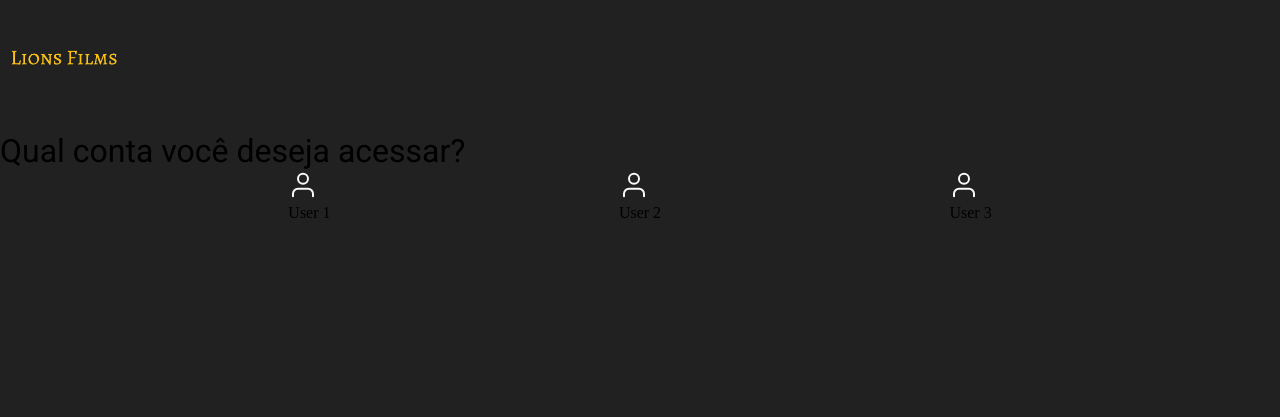
Repository: Leonngc/streaming-project
Page: index.html
These files come from the project's save history. The page is drawn as it stood at one moment and after the next save; the edit follows.
The browser window is 1280 px wide. The pictures show the whole page.
The style sheet was rebuilt from its Sass, Less or Tailwind sources for each picture, by a compiler version that may differ from the author's.

Above is the page before, as saved 2023-09-02 12:39:33.

After the next save:
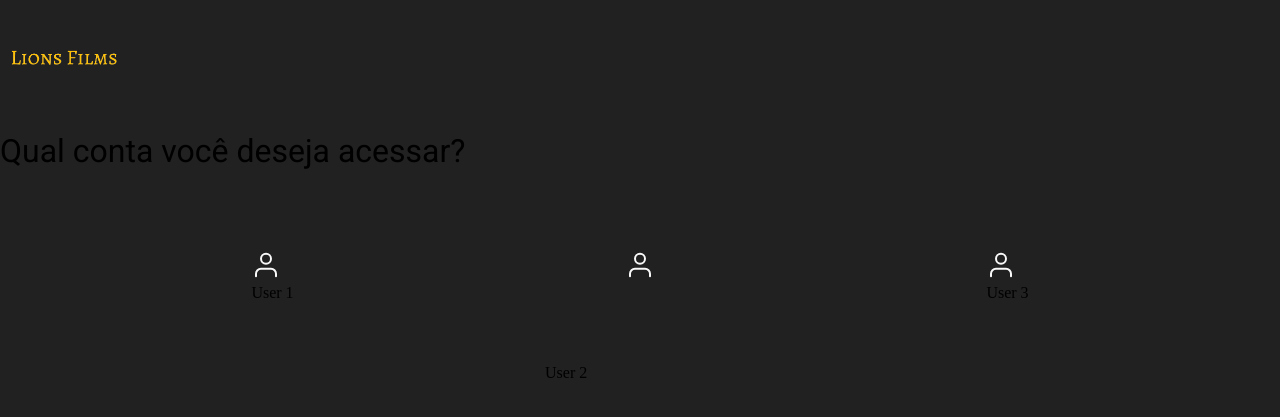
Saved 4 s later.
--- a/index.html
+++ b/index.html
@@ -18,7 +18,7 @@
                 <span>User 1</span>
             </div>
             <div class="users">
-                <div class="user-img"><a href=""><img src="streaming-assets/user.svg" alt=""></a></div>
+                <div class="user-img p-5"><a href=""><img src="streaming-assets/user.svg" alt=""></a></div>
                 <Span>User 2</Span>
             </div>
             <div class="users">
